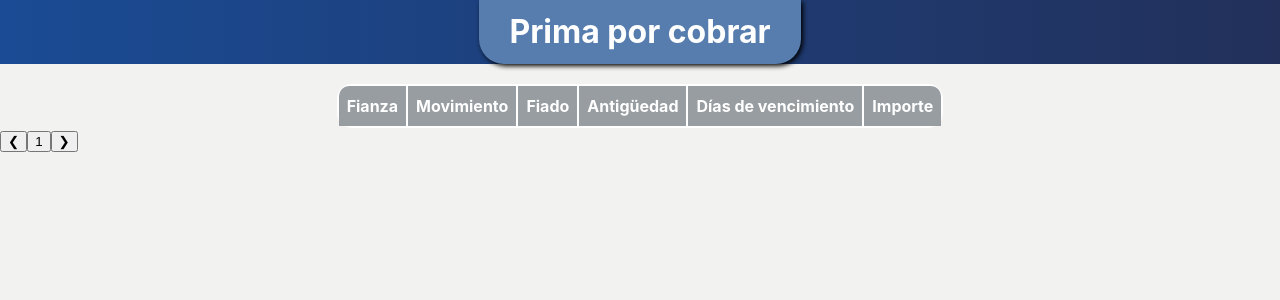
Repository: PCGP22/prueba-t-cnica-liberty-finanzas
Page: / (app in Prueba técnica full-stack/client/)
The author's editor kept a copy of each file at every save. The page is drawn from the files as they stood at one save, then again after the next save.
The browser window is 1280 px wide. The pictures show the whole page.
The pointer rests on the first visible `table tr:nth-child(2n-1)`.
The page's requests for data from a server got no answer. The project was rebuilt for these pictures with package versions that can differ from the ones it lists, and the page was loaded fresh each time. No one was signed in, and anything a server would have sent is missing. Also part of the build but not shown: Prueba técnica full-stack/client/vite.config.js, Prueba técnica full-stack/client/src/components/Card.jsx, Prueba técnica full-stack/client/src/components/CardsContainer.jsx, Prueba técnica full-stack/client/src/components/Filters.jsx.

Above is the page before, as saved 2023-11-14 08:17:48.

### Prueba técnica full-stack/client/src/App.jsx
import { dataContext } from "./context/dataContext";
import Table from "./components/Table";
import { useEffect, useReducer } from "react";
import Pagination from "./components/pagination";
import reducer from "./hooks/Reducer";
import Header from "./components/Header";

function App() {
  let url = "http://localhost:5000/primas";
  const initialState = {
    backupData: {},
    data: {},
    dataToShow: {},
    currentPage: 1,
    maxPages: 1,
    contentPerPage: 8,
  };

  const [state, dispatch] = useReducer(reducer, initialState);
  useEffect(() => {
    fetch(url)
      .then((res) => res.json())
      .then((data) => dispatch({ type: "initialize", payload: data.primas }));
  }, [url]);

  return (
    <dataContext.Provider value={[state, dispatch]}>
      <Header />
      <Table />
      <Pagination />
    </dataContext.Provider>
  );
}

export default App;

### Prueba técnica full-stack/client/src/index.css
:root {
  font-family: Inter, system-ui, Avenir, Helvetica, Arial, sans-serif;
  line-height: 1.5;
  font-weight: 400;
  --background-color: #f2f2f1;
  --darkest-blue: #22305a;
  --blue: #1a4b94;
  --light-blue: #577dae;
  --lightest-blue: #9fbde4;
  --status-red: #de7878;
  --status-yellow: #f6c476;
  --status-green: #8fc475;
  --icon-red: #b93d3d;
  --icon-green: #6cb85d;
  --text-blue: #3a689d;
  --text-red:  #af2e2c;
  --box-shadow: black 2px 2px 5px;
}
body, h1{
  margin: 0;
  padding: 0;
}
body{
  background-color:var(--background-color);
}
header{
  display: flex;
  flex-direction: column;
  align-items: center;
}
h1{
  display: inline-block;
  padding: 8px 30px;
  border-radius: 0 0 25px 25px;
  background-color: var(--light-blue);
  color:white;
  text-align: center;
  box-shadow: var(--box-shadow);
}

header{
  background-image: linear-gradient(to right,var(--blue), var(--darkest-blue));
  width: 100%;
}

.filters{
  margin-top: 40px;
  display: flex;
  gap: 40px;
  align-self: flex-start;
  padding-left: 5%;
}
.filters select{
  height: 40px;
  font-size: larger;
  border-radius: 5px;
  border: black 2px solid;
}

.cards{
  padding: 2% 5%;
  box-sizing: border-box;
  display: flex;
  justify-content: space-between;
  width: 100%;
}

.cards figure{
  background-color: var(--background-color);
  min-width: 250px;
  padding: 0.5% 2%;
  border-radius: 10px;
  box-shadow: var(--box-shadow);
}

.cards figure h3{
  margin: 0;
}

.cards figure > p{
  font-size: 1.8em;
  text-align: center;
}

.cards div{
  display: inline-flex;
  flex-wrap: wrap;
  max-width: 40%;
  align-items: center;
  justify-content: center;
  gap:20px;
}

.cards div p {
  margin: 0;
}

.cards div p:first-of-type {
  font-size: 1.5em;
}

.cards div p:last-of-type{
  font-size: 1.2em;
  margin: 0;
}

.icon{
  background-image: linear-gradient(to right,var(--blue), var(--darkest-blue));
  font-size: 1.5em;
  padding: 4px;
  border-radius: 50%;
}
.positive{
  color:var(--text-blue);
  margin-right: 20px;
}
.negative{
  color:var(--text-red);
  margin-left:20px;
}
.cross{
  color: var(--icon-red)
}
.check{
  color: var(--icon-green)
}

table{
  margin: auto;
  margin-top: 20px;
  background-color:white;
  border-radius:15px;
}
table tr:first-child{
  background-color:var(--darkest-blue);
  color:white;
}

table tr th:first-child{
  border-radius:10px 0 0 0;
}

table tr th:last-child{
  border-radius: 0 10px  0 0;
}
table tr th{
  padding: 8px;
}

td{
  padding: 2px 8px;
  border-spacing: 0;
  border-collapse: collapse;
  border: black solid 1px;
}

table tr:nth-child(2n){
  background-color:var(--lightest-blue)
}

table tr:nth-child(2n):hover{
  filter:brightness(120%)
}
table tr:nth-child(2n-1):hover{
  /* color:red; */
  background-color:rgb(152, 157, 161);
}

### Prueba técnica full-stack/client/src/context/dataContext.js
import { createContext } from "react";

export const dataContext = createContext();

### Prueba técnica full-stack/client/src/components/Table.jsx
import { calculateAntiquityInDays } from "../utils/utils";
import { useContext } from "react";
import { dataContext } from "../context/dataContext";

function Table() {
  const [state, dispatch] = useContext(dataContext);

  return (
    <table>
      <tbody>
        <tr>
          <th>Fianza</th>
          <th>Movimiento</th>
          <th>Fiado</th>
          <th>Antigüedad</th>
          <th>Días de vencimiento</th>
          <th>Importe</th>
        </tr>
        {state.dataToShow.length > 0 &&
          state.dataToShow.map((t) => {
            let antiquity = calculateAntiquityInDays(
              t.datos["fecha de emisión"]
            );
            let daysSinceStale = calculateAntiquityInDays(
              t.datos["fecha de vencimiento"]
            );
            if (daysSinceStale < 0) daysSinceStale = 0;
            return (
              <tr key={t.datos.código_de_fianza}>
                <td>{t.datos.código_de_fianza}</td>
                <td>{t.datos.tipo_de_movimiento}</td>
                <td>{t.datos.fiado}</td>
                <td>{antiquity}</td>
                <td>{daysSinceStale}</td>
                <td>${t.datos.importe.toLocaleString()}</td>
              </tr>
            );
          })}
      </tbody>
    </table>
  );
}

export default Table;

### Prueba técnica full-stack/client/src/components/pagination.jsx
import { useContext } from "react";
import { dataContext } from "../context/dataContext";

function Pagination() {
  const [state, dispatch] = useContext(dataContext);

  //   return <button onClick={() => dispatch({ type: "change" })}>Cambiar</button>;
  //   const { state.maxPages, state.currentPage, setstate.CurrentPage, setNextPage, setPrevPage } =
  // useContext(dataContext);
  //This pagination is somewhat complex because I've used it before in bigger proyects.
  //First, it initializes the pagination buttons to the first 6 numbers except for the number 1
  //The reason it doesn't includes the first page is because the first and last page buttons are always shown
  let pagesButtons = [2, 3, 4, 5, 6];
  //while the current page stays on the first three pages, show all first 6
  //The reason for the if, it's that I want the first 6 buttons to be shown when returning from the latest pages
  if (
    state.currentPage === 1 ||
    state.currentPage === 2 ||
    state.currentPage === 3
  ) {
    pagesButtons = [2, 3, 4, 5, 6];
  }
  //As soon as we change to page 4 or more, let's follow the current page and
  //add two buttons to the left and two to the right
  if (state.currentPage >= 4) {
    pagesButtons = [
      state.currentPage - 2,
      state.currentPage - 1,
      state.currentPage,
      state.currentPage + 1,
      state.currentPage + 2,
    ];
  }
  //When approaching to the right end of the pagination, show the last 5 pages
  if (
    state.currentPage === state.maxPages - 1 ||
    state.currentPage === state.maxPages - 2 ||
    state.currentPage === state.maxPages
  ) {
    //The reason it doesn't includes the last page is because the first and last page buttons are always shown
    pagesButtons = [
      state.maxPages - 5,
      state.maxPages - 4,
      state.maxPages - 3,
      state.maxPages - 2,
      state.maxPages - 1,
    ];
  }
  return (
    <section className="pagination">
      <button
        //About the class: When in first or last page the navigation chevrons will have a special class
        //The same happens when the button is the current page
        className={`${state.currentPage === 1 && "disabled"}`}
        onClick={() => dispatch({ type: "prevPage" })}>
        ❮
      </button>
      {/* First button, always shown */}
      <button
        className={`${state.currentPage === 1 && "disabled"}`}
        onClick={() => dispatch({ type: "setPage", payload: 1 })}>
        1
      </button>
      {/* Adds three dots in case the current page is bigger than 4*/}
      {state.currentPage > 4 && <p>•••</p>}
      {/* Map through all pages defined in the first part*/}
      {pagesButtons.map((p) => {
        if (p > 1 && p < state.maxPages)
          return (
            <button
              className={`${state.currentPage === p && "disabled"}`}
              key={p}
              onClick={() => dispatch({ type: "setPage", payload: p })}>
              {p}
            </button>
          );
      })}
      {/* Adds three dots in case the current page is getting closer to the right end*/}
      {state.currentPage < state.maxPages - 3 && <p>•••</p>}
      {/* If there's more than 1 page, show always the last page*/}
      {state.maxPages > 1 && (
        <button
          className={`${state.currentPage === state.maxPages && "disabled"}`}
          onClick={() =>
            dispatch({ type: "setPage", payload: state.maxPages })
          }>
          {state.maxPages}
        </button>
      )}
      <button
        className={`${state.currentPage === state.maxPages && "disabled"}`}
        onClick={() => dispatch({ type: "nextPage" })}>
        ❯
      </button>
    </section>
  );
}

export default Pagination;

### Prueba técnica full-stack/client/src/hooks/Reducer.js
function reducer(state, action) {
  function divideData(data, currentPage, state) {
    let dividedData = data.slice(
      (currentPage - 1) * state.contentPerPage,
      currentPage * state.contentPerPage
    );
    return dividedData;
  }
  function calculateMaxPages(data, state) {
    let maxPages = Math.ceil(data.length / state.contentPerPage);
    return maxPages;
  }
  const { type, payload } = action;
  switch (type) {
    case "initialize":
      return {
        ...state,
        backupData: payload,
        data: payload,
        dataToShow: divideData(payload, 1, state),
        maxPages: calculateMaxPages(payload, state),
      };
    case "prevPage":
      if (state.currentPage > 1) {
        return {
          ...state,
          currentPage: state.currentPage - 1,
          dataToShow: divideData(state.data, state.currentPage - 1, state),
        };
      } else return state;
    case "nextPage":
      if (state.currentPage < state.maxPages) {
        return {
          ...state,
          currentPage: state.currentPage + 1,
          dataToShow: divideData(state.data, state.currentPage + 1, state),
        };
      } else return state;
    case "setPage":
      return {
        ...state,
        currentPage: payload,
        dataToShow: divideData(state.data, payload, state),
      };
    case "filter":
      if (payload.filter === "") {
        return { ...state, dataToShow: state.backupData };
      } else
        return {
          ...state,
          dataToShow: state.backupData.filter(
            (d) => d[payload.type] === payload.filter
          ),
        };
    default:
      return state;
  }
}

export default reducer;

### Prueba técnica full-stack/client/src/components/Header.jsx
import CardsContainer from "./CardsContainer";
import Filters from "./Filters";

function Header() {
  return (
    <header>
      <h1>Prima por cobrar</h1>
      <Filters />
      <CardsContainer />
    </header>
  );
}

export default Header;

### Prueba técnica full-stack/client/src/utils/utils.js
//This function calculates how many days have passed since a date
export function calculateAntiquityInDays(date) {
  let parsedDate = parseDate(date);
  const CONSTANT_Ms_TO_DAYS = 86400000;
  let today = new Date();
  let comparisonDate = new Date(parsedDate);
  return Math.trunc((today - comparisonDate) / CONSTANT_Ms_TO_DAYS) - 1;
}

//transforms the date DD/MM/YYYY to an acceptable MM/DD/YYYY
function parseDate(date) {
  let stringToArray = date.split("/");
  let temp = stringToArray[0];
  stringToArray[0] = stringToArray[1];
  stringToArray[1] = temp;
  return stringToArray.join("/");
}

Loaded but not shown: Prueba técnica full-stack/client/index.html (common file); Prueba técnica full-stack/client/src/main.jsx (common file)

After the next save:
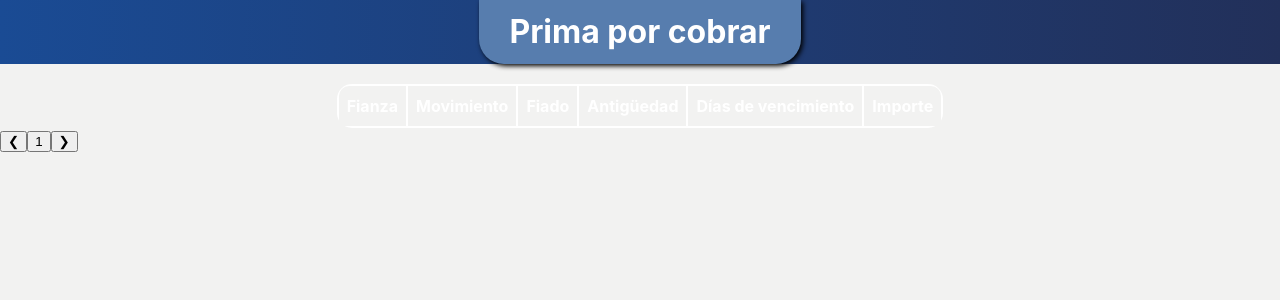
Saved 16 s later.
--- a/Prueba técnica full-stack/client/src/index.css
+++ b/Prueba técnica full-stack/client/src/index.css
@@ -163,5 +163,5 @@ table tr:nth-child(2n):hover{
 }
 table tr:nth-child(2n-1):hover{
   /* color:red; */
-  background-color:rgb(152, 157, 161);
+  background-color: var(--background-color);
 }
